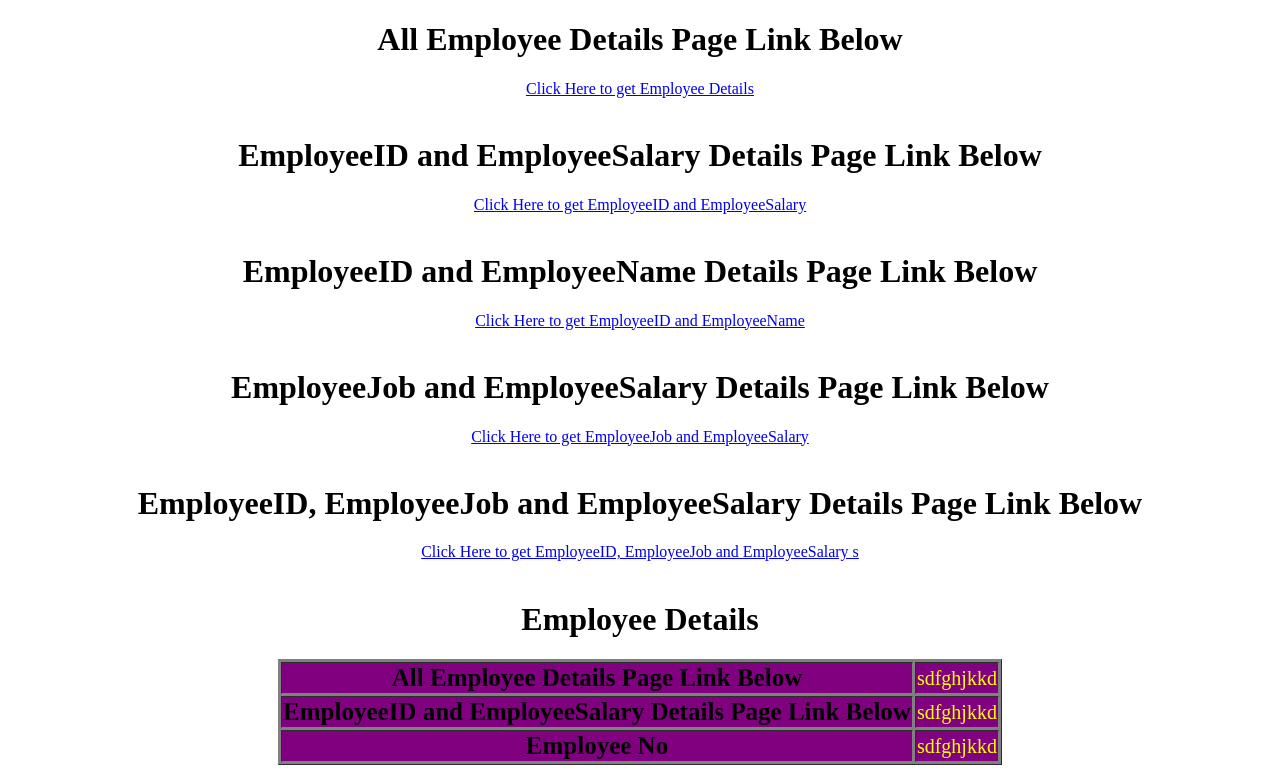
Repository: RhutujaBD/SpringMVCSession
Page: http://localhost/Spring-MVC-JDBCTemplate/WEB-INF/pages/home.jsp
The author's editor kept a copy of each file at every save. The page is drawn from the files as they stood at one save, then again after the next save.
The browser window is 1280 px wide. The pictures show the whole page.
The page is served by Tomcat 9. Nobody is signed in. Other server files are loaded and not shown. The template is opened directly, without the code that normally fills it, so the values that code supplies are empty.

Above is the page before, as saved 2023-03-29 10:59:09.

### Spring-MVC-JDBCTemplate/src/main/webapp/WEB-INF/pages/home.jsp
<%@ page language="java" contentType="text/html; charset=ISO-8859-1"
	pageEncoding="ISO-8859-1"%>
<!DOCTYPE html>
<html>
<head>
<meta charset="ISO-8859-1">
<title>Insert title here</title>
</head>
<title>Employee Details</title>
<style>
      td{
        font-size: 20px;
        color: YELLOW;
        font-family: Times New Roman;
      }

      th{
        font-size: 25px;
        color: Black;
        font-family: ALGERIAN;
      }

    </style>
</head>
<body>
	<h1 align="center">All Employee Details Page Link Below</h1>
	<div align="center"><a href="list_employees.htm">Click Here to get Employee Details</a></div>
	<br />
	<h1 align="center">EmployeeID and EmployeeSalary Details Page Link Below</h1>
	<div align="center"><a href="list_id_sal.htm">Click Here to get EmployeeID and EmployeeSalary</a></div>
	<br />
	<h1 align="center">EmployeeID and  EmployeeName Details Page Link Below</h1>
	<div align="center"><a href="list_id_name.htm">Click Here to get EmployeeID and  EmployeeName</a></div>
	<br />
	<h1 align="center">EmployeeJob and EmployeeSalary Details Page Link Below</h1>
	<div align="center"><a href="list_job_sal.htm">Click Here to get EmployeeJob and EmployeeSalary</a></div>
	<br />
	<h1 align="center">EmployeeID, EmployeeJob and EmployeeSalary Details Page Link Below</h1>
	<div align="center"><a href="list_id_job_sal.htm">Click Here to get EmployeeID, EmployeeJob and EmployeeSalary s</a></div>
	<br />

	<h1 align="center">Employee Details</h1>
	<table border="1" bgcolor="grey" align="center">

		<tr bgcolor="purple" bordercolor="black">
			<th>All Employee Details Page Link Below</th>
			<td>sdfghjkkd</td>
		</tr>
		<tr bgcolor="purple" bordercolor="black">
			<th>EmployeeID and EmployeeSalary Details Page Link Below</th>
			<td>sdfghjkkd</td>
		</tr>

		<tr bgcolor="purple" bordercolor="black">
			<th>Employee No</th>
			<td>sdfghjkkd</td>
		</tr>
	</table>

</body>
</html>

After the next save:
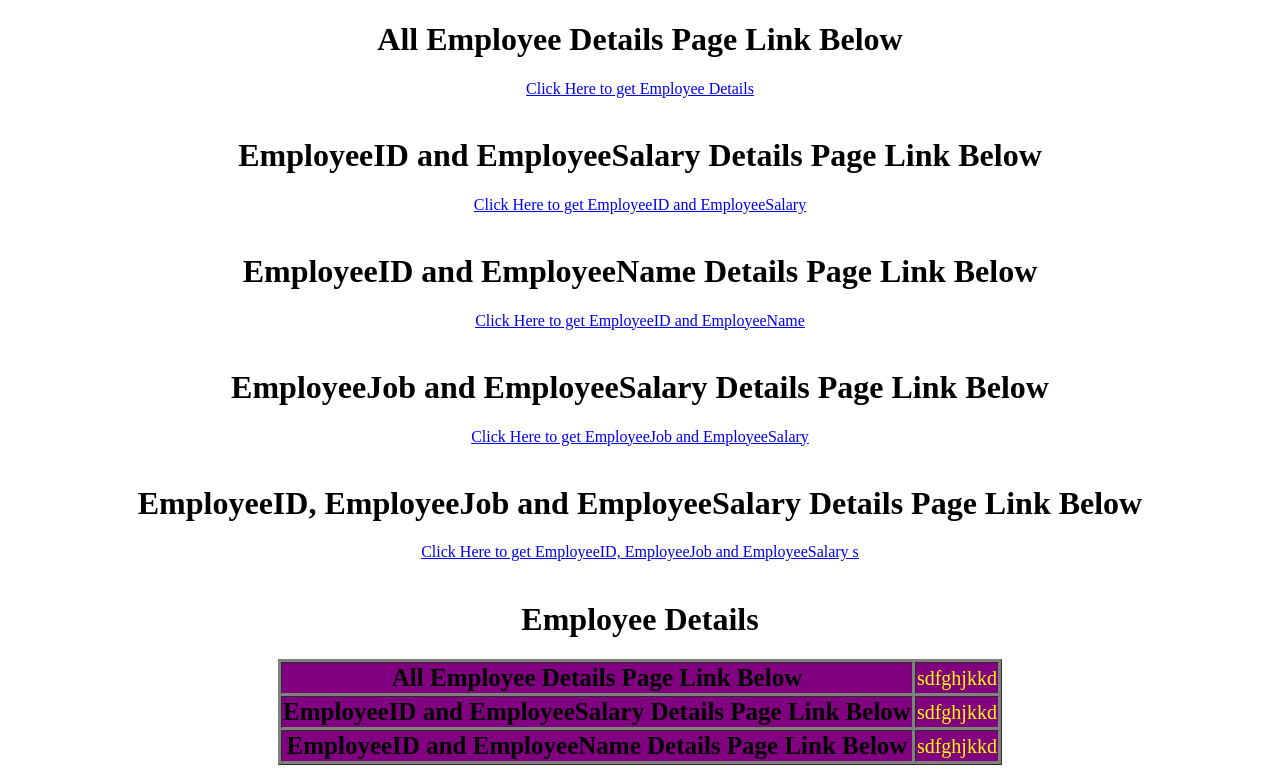
Saved 19 s later.
--- a/Spring-MVC-JDBCTemplate/src/main/webapp/WEB-INF/pages/home.jsp
+++ b/Spring-MVC-JDBCTemplate/src/main/webapp/WEB-INF/pages/home.jsp
@@ -52,7 +52,7 @@
 		</tr>
 
 		<tr bgcolor="purple" bordercolor="black">
-			<th>Employee No</th>
+			<th>EmployeeID and  EmployeeName Details Page Link Below</th>
 			<td>sdfghjkkd</td>
 		</tr>
 	</table>
